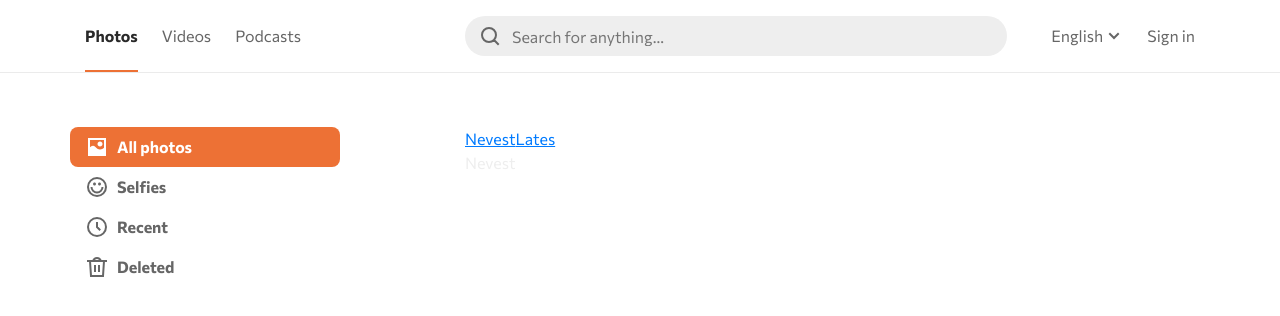
Repository: densavi/djinni
Page: index.html
The author's editor kept a copy of each file at every save. The page is drawn from the files as they stood at one save, then again after the next save.
The browser window is 1280 px wide. The pictures show the whole page.
The style sheet was rebuilt from its Sass, Less or Tailwind sources for each picture, by a compiler version that may differ from the author's.

Above is the page before, as saved 2023-04-10 23:50:55.

After the next save:
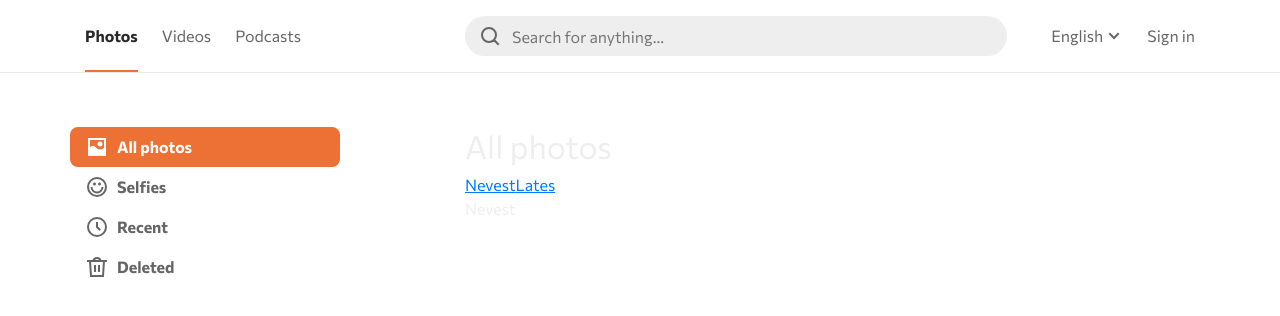
Saved 28 s later.
--- a/index.html
+++ b/index.html
@@ -101,8 +101,8 @@
               <div role="tabpanel" class="tab-pane active" id="all-photos">
 
 
-                <!--  -->
                 <div class="content__head">
+                  <h2 class="content__title">All photos</h2>
                   <ul class="nav content__tabs">
                     <li class="content__item">
                       <a class="content__link active" data-toggle="tab" href="#nevest">Nevest</a>
@@ -113,7 +113,6 @@
                   </ul>
                 </div>
 
-                <!--  -->
 
                 <div class="tab-content">
                   <div role="tabpanel" class="tab-pane active" id="nevest">
